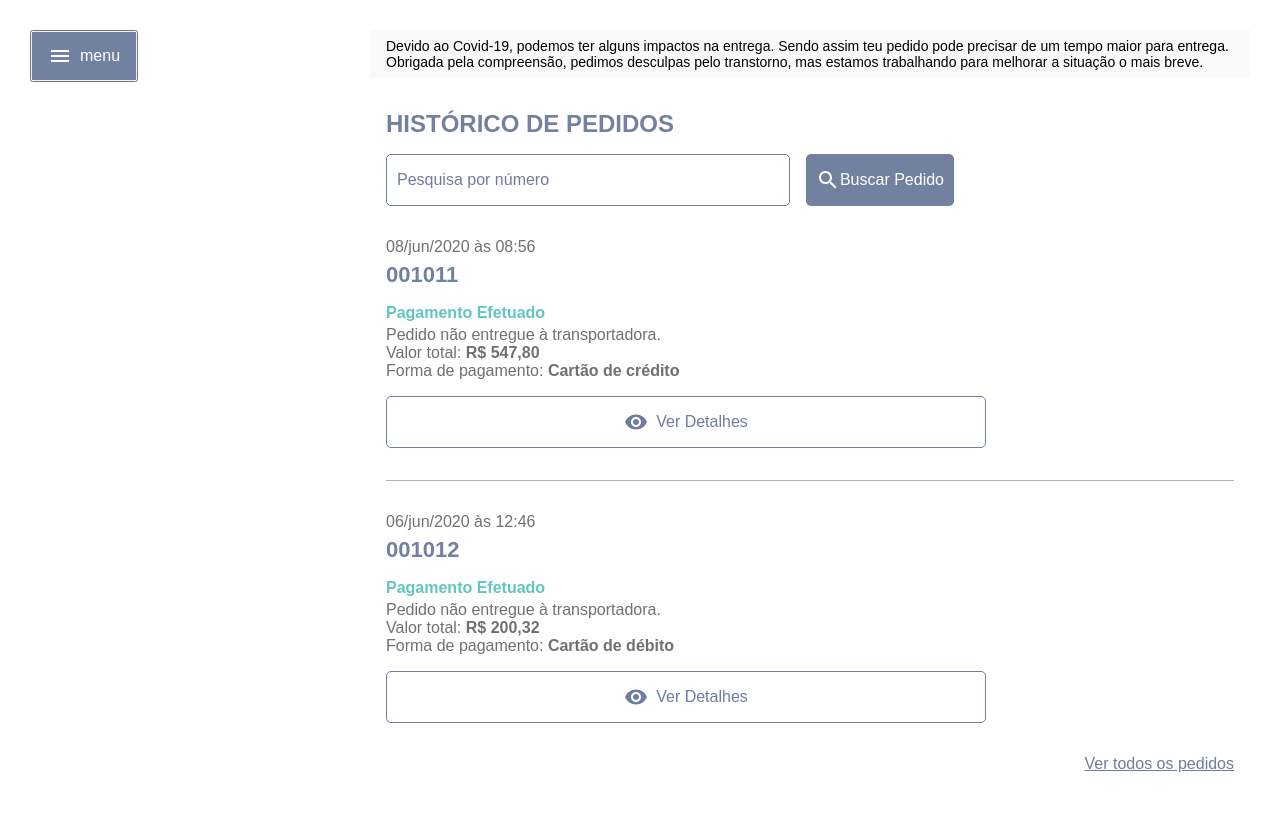
Repository: indiamarasiqueira/gestao-produto
Page: /
These files come from the project's save history. The page is drawn as it stood at one moment and after the next save; the edit follows.
The browser window is 1280 px wide. The pictures show the whole page.
The project was rebuilt for these pictures with package versions that can differ from the ones it lists, and the page was loaded fresh each time. Also part of the build but not shown: src/pages/generic/style.js, src/pages/generic/index.js, src/components/ModalMenu/index.js.

Above is the page before, as saved 2020-07-07 11:03:24.

After the next save:
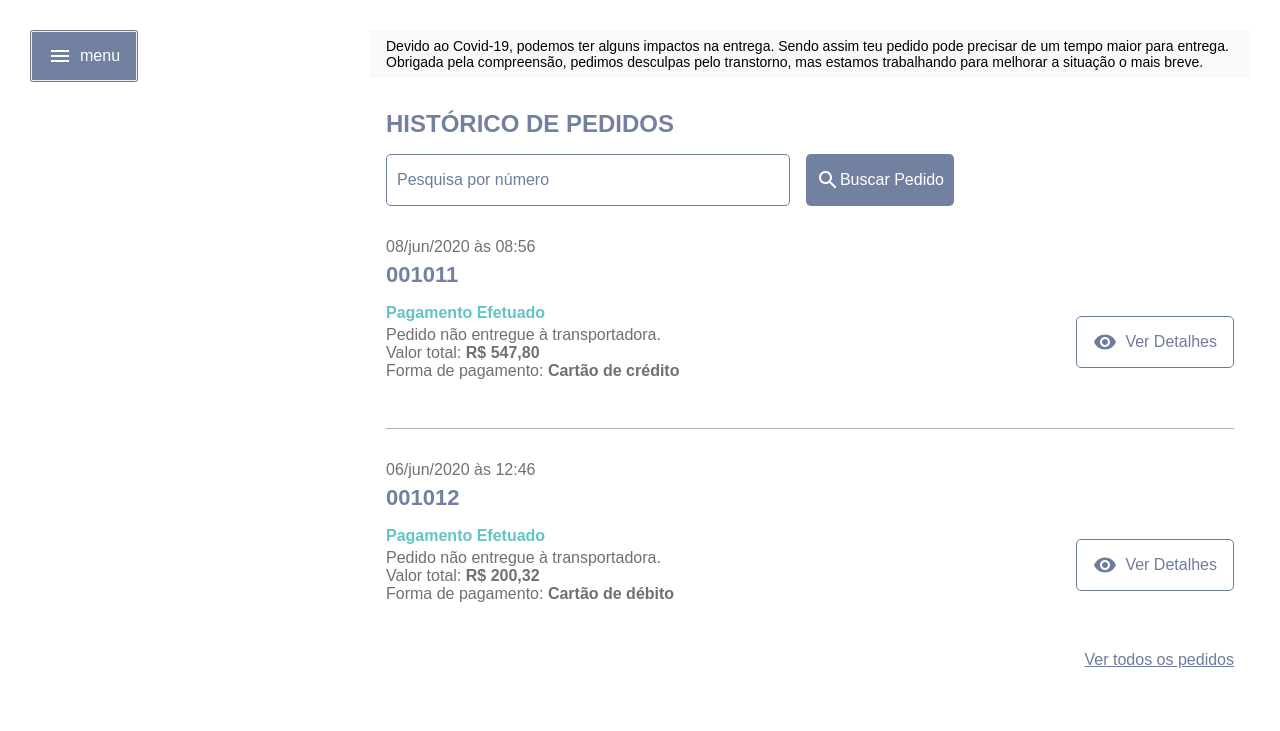
Saved 12 s later.
--- a/src/components/Order/style.js
+++ b/src/components/Order/style.js
@@ -15,6 +15,7 @@ export const OrderListItem = styled.div`
   &:first-of-type {
     border-top-width: 0;
   }
+
 `;
 export const OrderDate = styled.p`
   color: #707070;
@@ -27,7 +28,11 @@ export const OrderId = styled.p`
   font-weight: bold;
 `;
 export const OrderBox = styled.div`
-  max-width: 600px;
+
+  @media all and (min-width: 600px){
+    display: flex;
+    align-items: center;
+  }
 `;
 export const OrderInfo = styled.div`
   flex: 1;
